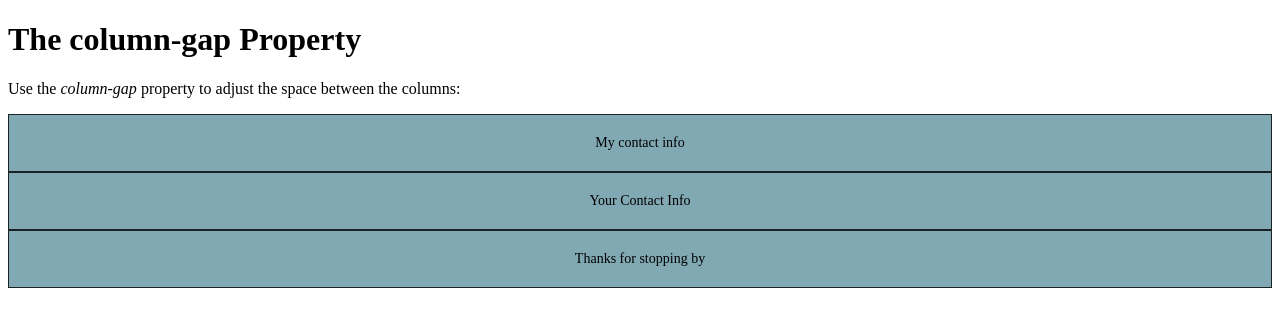
Repository: Melinda-Nanjad-Personal-Website/Personal-web
Page: test.html
These files come from the project's save history. The page is drawn as it stood at one moment and after the next save; the edit follows.
The browser window is 1280 px wide. The pictures show the whole page.

Above is the page before, as saved 2023-07-27 21:06:45.

After the next save:
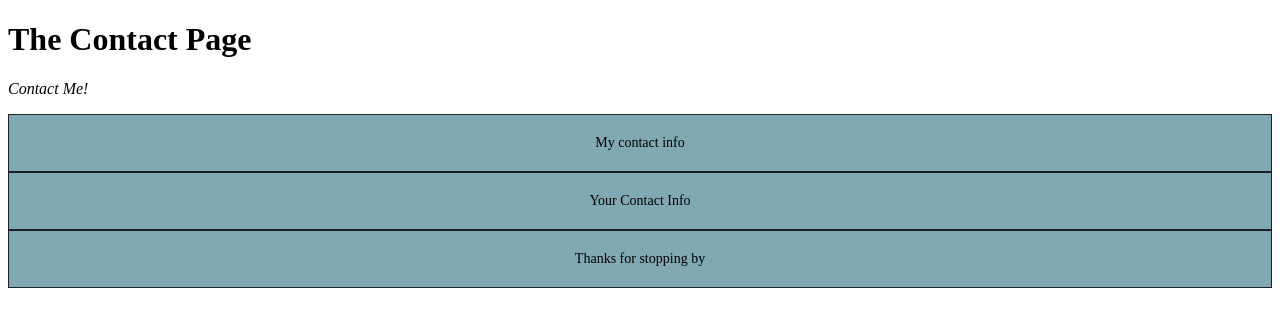
Saved 3 min 13 s later.
--- a/test.html
+++ b/test.html
@@ -7,9 +7,9 @@
     <title>Document</title>
 </head>
 <body>
-    <h1>The column-gap Property</h1>
+    <h1>The Contact Page</h1>
 
-<p>Use the <em>column-gap</em> property to adjust the space between the columns:</p>
+<p><em>Contact Me!</em> </p>
 
 <div class="grid-container">
   <div class="grid-item">My contact info</div>
